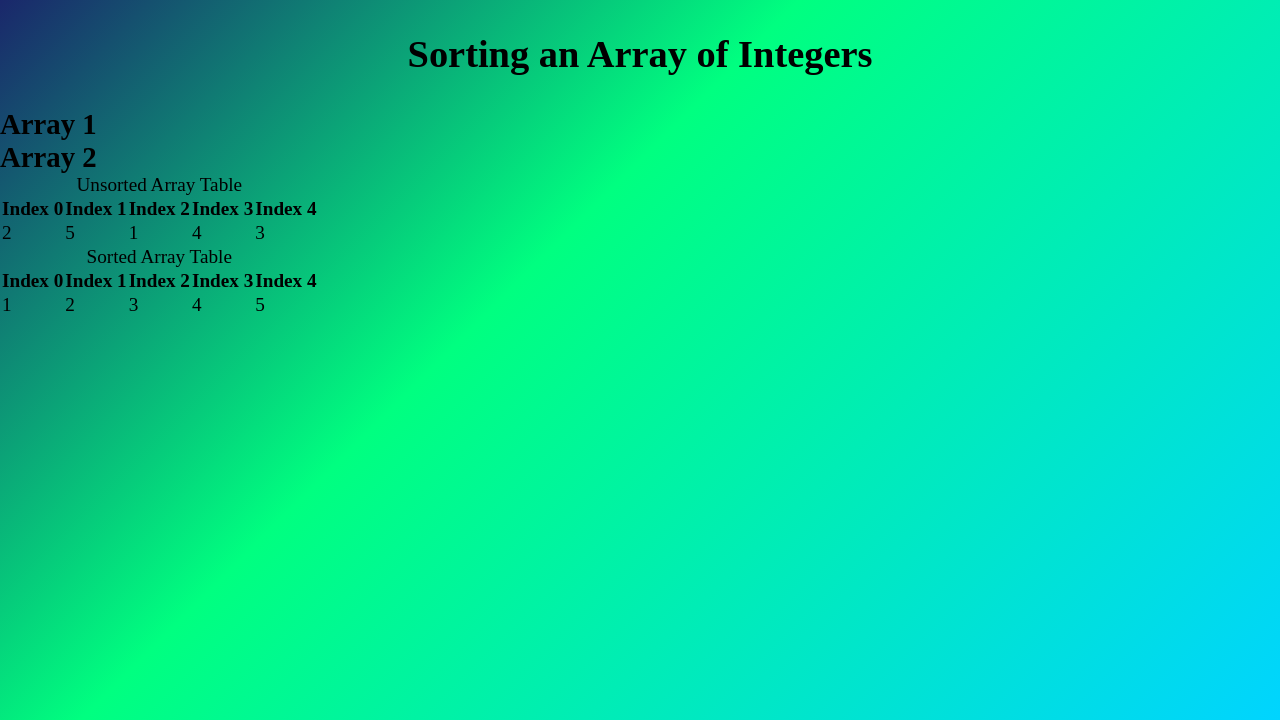
Repository: mlmEFSC21/P16-Sorting-Integers
Page: sort.html
These files come from the project's save history. The page is drawn as it stood at one moment and after the next save; the edit follows.
The browser window is 1280 px wide. The pictures show the whole page.

Above is the page before, as saved 2022-03-24 18:15:13.

### sort.html
<!DOCTYPE html>
<html lang="en">
    <head>
        <meta charset="UTF-8" />
        <meta http-equiv="X-UA-Compatible" content="IE=edge" />
        <meta name="viewport" content="width=device-width, initial-scale=1.0" />
        <link rel="stylesheet" href="sort.css" />
        <!-- <script defer src="sort.js"></script> -->
        <title>Array Sorting</title>
    </head>
    <body>
        <header class="mainHeader">
            <h1>Sorting an Array of Integers</h1>
        </header>
        <section>
            <div class="arrayContainer" id="arrayContainer">
                <h2 class="unsorted" id="unsorted">Array 1</h2>
                <h2 class="sorted" id="sorted">Array 2</h2>
                <table class="unsortedTable" id="unsortedTable">
                    <caption>
                        Unsorted Array Table
                    </caption>
                    <thead>
                        <th>Index 0</th>
                        <th>Index 1</th>
                        <th>Index 2</th>
                        <th>Index 3</th>
                        <th>Index 4</th>
                    </thead>
                    <tbody>
                        <tr>
                            <td>2</td>
                            <td>5</td>
                            <td>1</td>
                            <td>4</td>
                            <td>3</td>
                        </tr>
                    </tbody>
                </table>
                <table class="sortedTable" id="sortedTable">
                    <caption>
                        Sorted Array Table
                    </caption>
                    <thead>
                        <th>Index 0</th>
                        <th>Index 1</th>
                        <th>Index 2</th>
                        <th>Index 3</th>
                        <th>Index 4</th>
                    </thead>
                    <tbody>
                        <tr>
                            <td>1</td>
                            <td>2</td>
                            <td>3</td>
                            <td>4</td>
                            <td>5</td>
                        </tr>
                    </tbody>
                </table>
            </div>
        </section>
    </body>
</html>

### sort.css
:root {
    --clr-background: #00ff8f;
    --clr-primary: #00f0ff;
    --clr-secondary: #00ff0f;
}
*,
*::after,
*::before {
    box-sizing: border-box;
    margin: 0;
    padding: 0;
}
body {
    font-size: larger;
    background-color: var(--clr-background);
    background-repeat: no-repeat;
    background-size: cover;
    background: linear-gradient(
        135deg,
        rgba(26, 39, 107, 1) 0%,
        rgba(0, 255, 128, 1) 40%,
        rgba(0, 212, 255, 1) 100%
    );
    height: 100vh;
}
.mainHeader {
    height: 15vh;
    display: flex;
    align-items: center;
    justify-content: center;
}

After the next save:
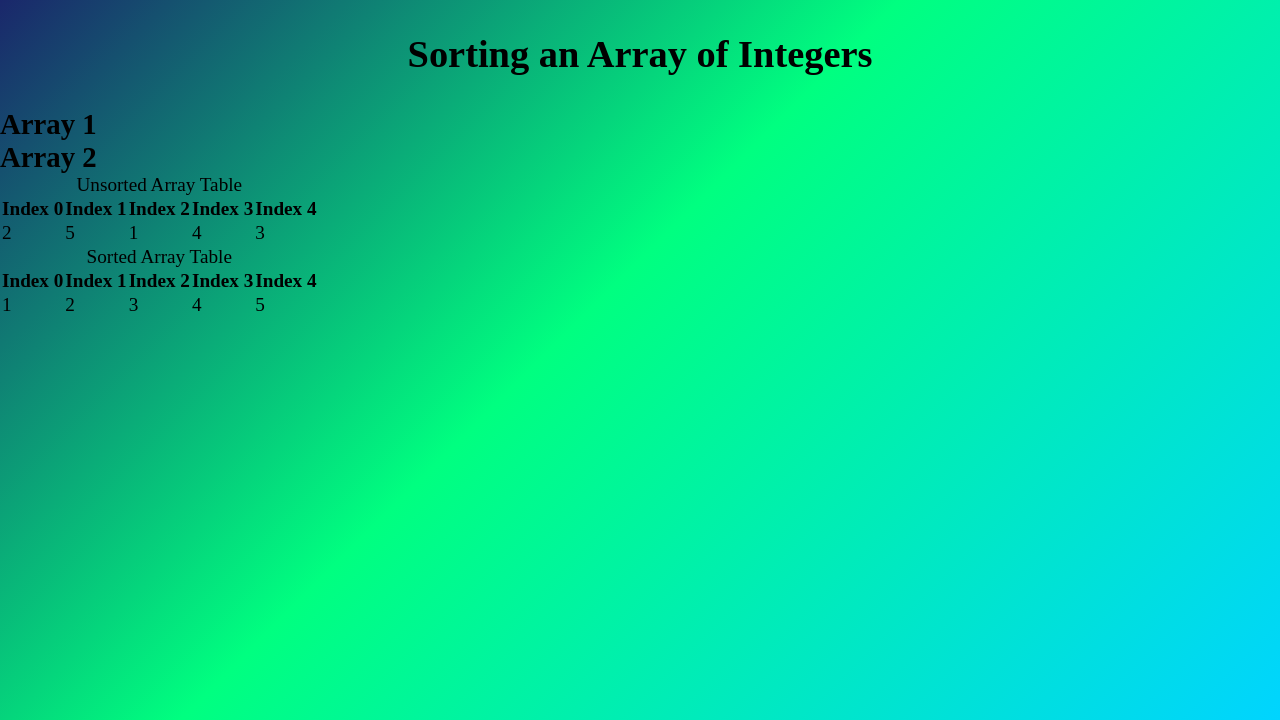
Saved 22 s later.
--- a/sort.css
+++ b/sort.css
@@ -18,7 +18,7 @@ body {
     background: linear-gradient(
         135deg,
         rgba(26, 39, 107, 1) 0%,
-        rgba(0, 255, 128, 1) 40%,
+        rgba(0, 255, 128, 1) 45%,
         rgba(0, 212, 255, 1) 100%
     );
     height: 100vh;
